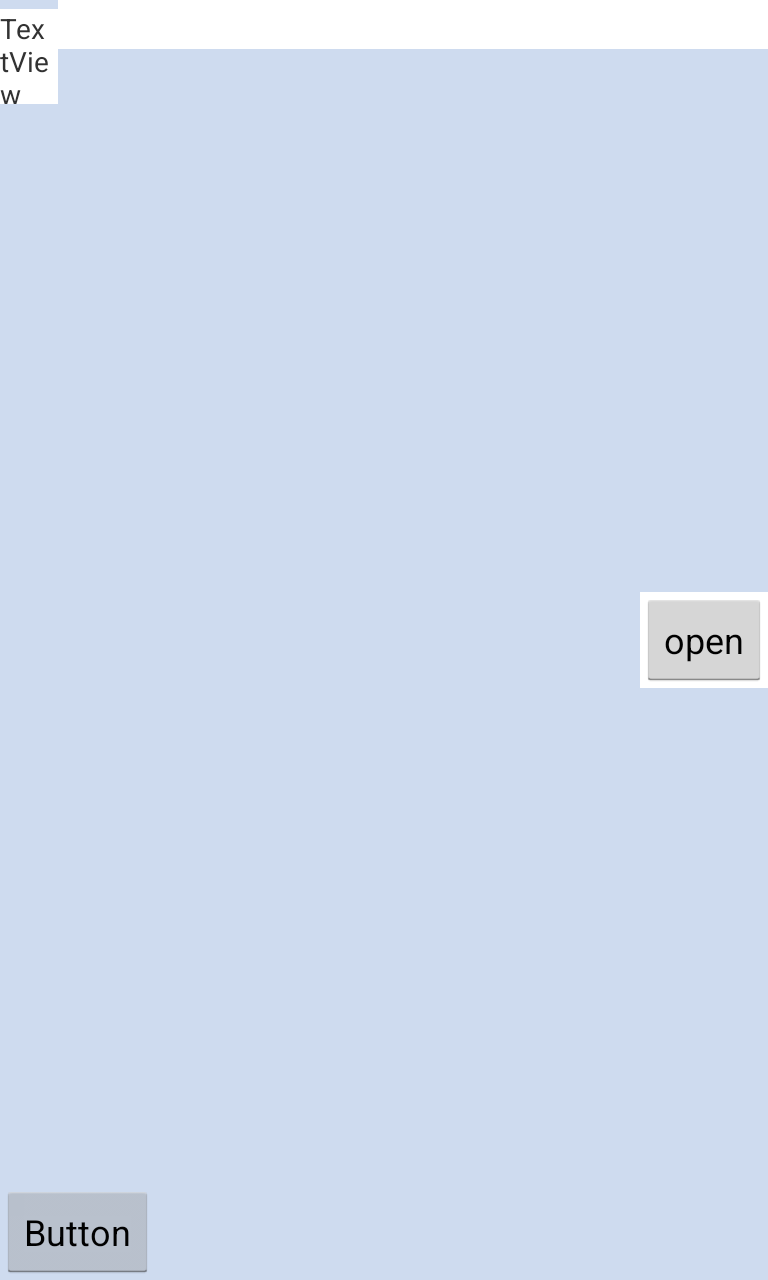
Repository: supremehappy/Android
Layout: FrameTest1/res/layout/activity_main.xml
The author's editor kept a copy of each file at every save. The layout is drawn from the files as they stood at one save, then again after the next save.
It is drawn on a 768 x 1280 px phone screen (xhdpi) without system bars, with theme AppTheme; the app's code is not run.

Above is the layout before, as saved 2017-09-04 03:19:20.

### FrameTest1/res/layout/activity_main.xml
<FrameLayout xmlns:android="http://schemas.android.com/apk/res/android"
    xmlns:tools="http://schemas.android.com/tools"
    android:id="@+id/FrameLayout1"
    android:layout_width="match_parent"
    android:layout_height="match_parent"
    tools:context="${relativePackage}.${activityClass}" >

    <LinearLayout
        android:layout_width="match_parent"
        android:layout_height="match_parent"
        android:background="#cedbef"
        android:orientation="vertical" >

        <LinearLayout
            android:layout_width="match_parent"
            android:layout_height="wrap_content" >

            <TextView
                android:id="@+id/textView1"
                android:layout_width="wrap_content"
                android:layout_height="wrap_content"
                android:layout_weight="1"
                android:background="#ffffff"
                android:text="TextView" />

            <EditText
                android:id="@+id/editText1"
                android:layout_width="match_parent"
                android:layout_height="wrap_content"
                android:layout_weight="1"
                android:background="#ffffff"
                android:ems="10" />

        </LinearLayout>

    </LinearLayout>

    <LinearLayout
        android:id="@+id/my_layout"
        android:layout_width="200dp"
        android:layout_height="match_parent"
        android:background="#d9ceef"
        android:orientation="vertical"
        android:gravity="right"
        android:visibility="gone"  >

        <LinearLayout
            android:layout_width="match_parent"
            android:layout_height="wrap_content" >

            <TextView
                android:id="@+id/textView2"
                android:layout_width="wrap_content"
                android:layout_height="wrap_content"
                android:layout_weight="1"
                android:text="TextView" />

            <EditText
                android:id="@+id/editText2"
                android:layout_width="wrap_content"
                android:layout_height="wrap_content"
                android:layout_weight="1"
                android:ems="10" >

                <requestFocus />
            </EditText>

        </LinearLayout>

        <LinearLayout
            android:layout_width="match_parent"
            android:layout_height="wrap_content" >

            <Button
                android:id="@+id/button1"
                android:layout_width="wrap_content"
                android:layout_height="wrap_content"
                android:text="Button" />

            <Button
                android:id="@+id/button2"
                android:layout_width="wrap_content"
                android:layout_height="wrap_content"
                android:text="Button" />

        </LinearLayout>

    </LinearLayout>

    <LinearLayout
        android:id="@+id/my_layout1"
        android:layout_width="200dp"
        android:layout_height="match_parent"
        android:background="#efcee9"
        android:orientation="vertical"
        android:gravity="left"
        android:visibility="gone" >

        <LinearLayout
            android:layout_width="match_parent"
            android:layout_height="wrap_content"
            android:orientation="vertical" >

            <TextView
                android:id="@+id/textView3"
                android:layout_width="wrap_content"
                android:layout_height="wrap_content"
                android:text="TextView" />

            <EditText
                android:id="@+id/editText3"
                android:layout_width="match_parent"
                android:layout_height="wrap_content"
                android:ems="10" />

        </LinearLayout>

    </LinearLayout>

    <LinearLayout
        android:layout_width="wrap_content"
        android:layout_height="wrap_content"
        android:background="#ffffff"
        android:layout_gravity="right|center_vertical"
        android:orientation="vertical" >

        <Button
            android:id="@+id/btn_open"
            android:layout_width="wrap_content"
            android:layout_height="wrap_content"
            android:text="open" />

    </LinearLayout>

    <LinearLayout
        android:layout_width="match_parent"
        android:layout_height="match_parent"
        android:gravity="bottom|left"
        android:orientation="vertical" >

        <Button
            android:id="@+id/button3"
            android:layout_width="wrap_content"
            android:layout_height="wrap_content"
            android:text="Button" />

    </LinearLayout>

</FrameLayout>

Loaded but not shown: FrameTest1/res/values/styles.xml (common file); FrameTest1/res/values-v11/styles.xml (common file); FrameTest1/res/values-v14/styles.xml (common file)

After the next save:
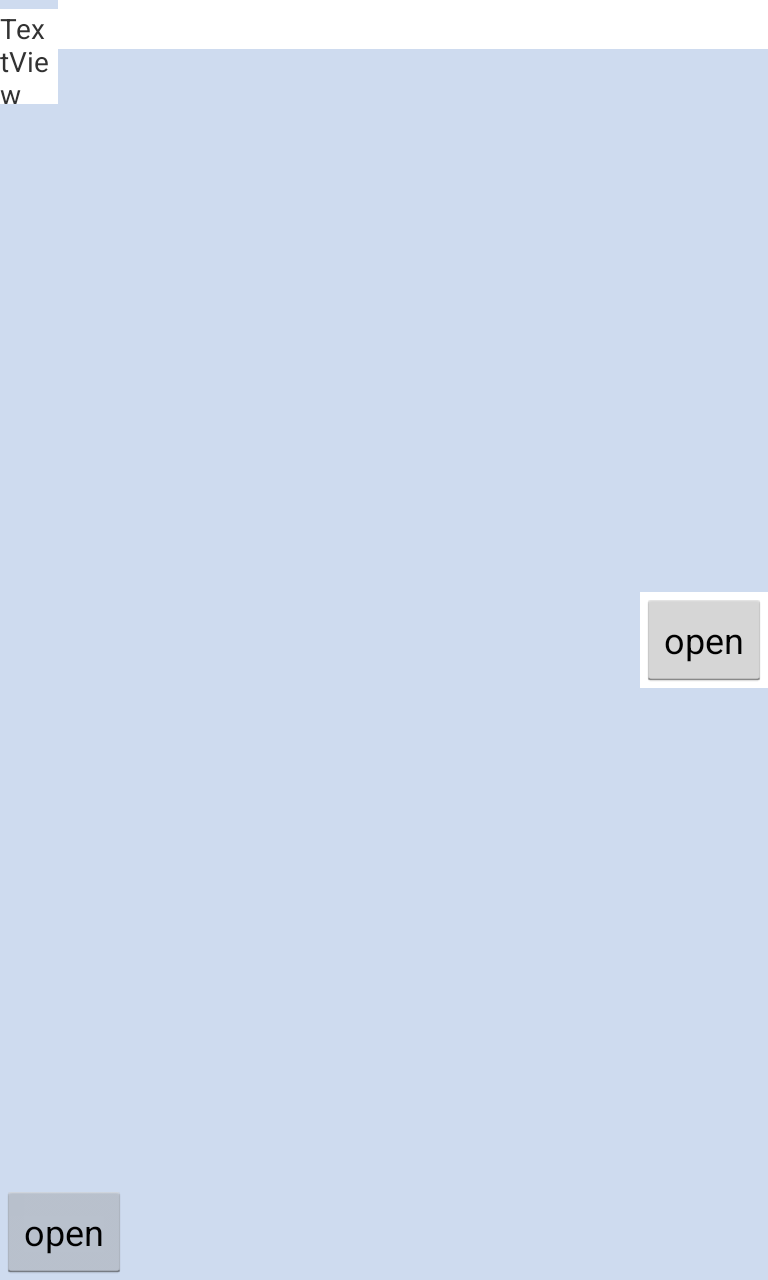
Saved 19 s later.
--- a/FrameTest1/res/layout/activity_main.xml
+++ b/FrameTest1/res/layout/activity_main.xml
@@ -139,10 +139,10 @@
         android:orientation="vertical" >
 
         <Button
-            android:id="@+id/button3"
+            android:id="@+id/btn_open1"
             android:layout_width="wrap_content"
             android:layout_height="wrap_content"
-            android:text="Button" />
+            android:text="open" />
 
     </LinearLayout>
 
